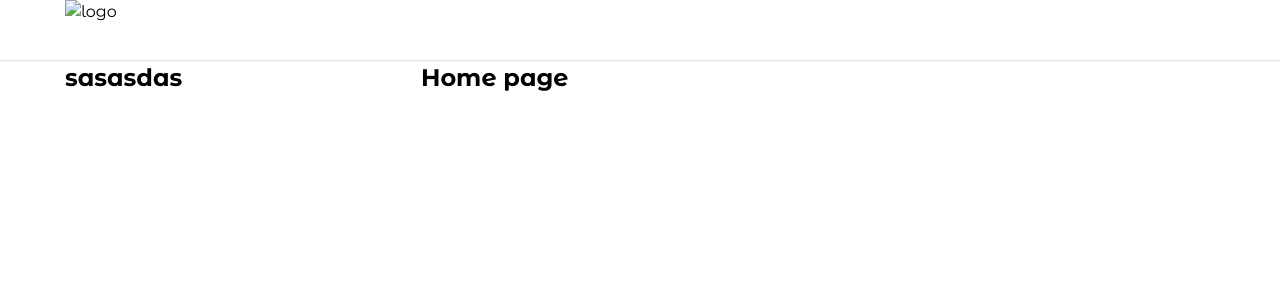
Repository: thinh909thinh/tiktok
Page: /
These files come from the project's save history. The page is drawn as it stood at one moment and after the next save; the edit follows.
The browser window is 1280 px wide. The pictures show the whole page.
The project was rebuilt for these pictures with package versions that can differ from the ones it lists, and the page was loaded fresh each time. Also part of the build but not shown: src/components/Layout/HeaderOnly/index.js, src/pages/Followwing/index.js, src/pages/Profile/index.js, src/pages/Upload/index.js, src/pages/Seach/index.js.

Above is the page before, as saved 2022-08-26 15:02:10.

### src/index.js
import React from 'react';
import ReactDOM from 'react-dom/client';
import App from '~/App';
import reportWebVitals from './reportWebVitals';
import GlobalStyles from '~/components/GlobalStyles';
const root = ReactDOM.createRoot(document.getElementById('root'));
root.render(
    <React.StrictMode>
        <GlobalStyles>
            <App />
        </GlobalStyles>
    </React.StrictMode>,
);

// If you want to start measuring performance in your app, pass a function
// to log results (for example: reportWebVitals(console.log))
// or send to an analytics endpoint. Learn more: https://bit.ly/CRA-vitals
reportWebVitals();

### src/App.js
import { BrowserRouter as Router, Route, Routes } from 'react-router-dom';
import { Fragment } from 'react';
import { publicRoutes } from '~/routes';
import { DefaultLayout } from '~/components/Layout';
function App() {
    return (
        <Router>
            <div className="App">
                <Routes>
                    {publicRoutes.map((route, index) => {
                        const Page = route.component;
                        let Layout = DefaultLayout;
                        if (route.layout) {
                            Layout = route.layout;
                        } else if (route.layout === null) {
                            Layout = Fragment;
                        }
                        return (
                            <Route
                                key={index}
                                path={route.path}
                                element={
                                    <Layout>
                                        <Page />
                                    </Layout>
                                }
                            />
                        );
                    })}
                </Routes>
            </div>
        </Router>
    );
}
export default App;

### src/routes/index.js
import { HeaderOnly } from '~/components/Layout';
// pages
import Home from '~/pages/Home';
import Following from '~/pages/Followwing';
import Profile from '~/pages/Profile';
import Upload from '~/pages/Upload';
import Seach from '~/pages/Seach';
// publicRoutes
const publicRoutes = [
    { path: '/', component: Home },
    { path: '/following', component: Following },
    { path: '/profile', component: Profile },
    { path: '/upload', component: Upload, layout: HeaderOnly },
    { path: '/seach', component: Seach, layout: null },
];
const privateRoutes = [];
export { publicRoutes, privateRoutes };

### src/components/GlobalStyles/GlobalStyles.scss
@import 'normalize.css';
@import url('https://fonts.googleapis.com/css2?family=Montserrat+Alternates:wght@300;400;500;600;700&family=Montserrat:ital,wght@1,900&display=swap');
:root {
    --primary: #fe2c55;
    // deaful layout
    --default-layout-header-hight: 60px;
    --default-layout-width-content: 1150px;
}
* {
    box-sizing: border-box;
    margin: 0;
    padding: 0;
}
html {
    font-size: 62.5%;
}
body {
    font-family: 'Montserrat', sans-serif;
    font-family: 'Montserrat Alternates', sans-serif;
    font-size: 1.6rem;
    line-height: 1.5;
    text-rendering: optimizeSpeed;
}

### src/components/Layout/DefaultLayout/index.js
import Header from '~/components/Layout/components/Header';
import styles from './DefaultLayout.module.scss';
import classNames from 'classnames/bind';
import Sidebar from './Sidebar';
const cx = classNames.bind(styles);
function DefaultLayout({ children }) {
    return (
        <div className={cx('wrapper')}>
            <Header />
            <div className={cx('container')}>
                <Sidebar />
                <div className={cx('content')}>{children}</div>
            </div>
        </div>
    );
}

export default DefaultLayout;

### src/components/Layout/components/Header/index.js
import styles from './Header.module.scss';
import classNames from 'classnames/bind';
import images from '~/asset/image';
const cx = classNames.bind(styles);
function Header() {
    return (
        <header className={cx('wrapper')}>
            <div className={cx('inner')}>
                <div className={cx('logo')}>
                    <img src={images.logo} alt="logo" />
                </div>
                <div className={cx('seach')}></div>
            </div>
        </header>
    );
}

export default Header;

### src/components/Layout/DefaultLayout/DefaultLayout.module.scss
.wrapper {
    display: flex;
    flex-direction: column;
    align-items: center;
}
.container {
    width: var(--default-layout-width-content);
    display: flex;
}
.content {
    flex: 1;
}

### src/components/Layout/DefaultLayout/Sidebar/index.js
import styles from './Sidebar.module.scss';
import classNames from 'classnames/bind';
const cx = classNames.bind(styles);
function Sidebar() {
    return (
        <aside className={cx('wrapper')}>
            <h2>sasasdas</h2>
        </aside>
    );
}

export default Sidebar;

### src/components/Layout/components/Header/Header.module.scss
.wrapper {
    height: var(--default-layout-header-hight);
    box-shadow: 0px 1px 1px rgb(0 0 0 / 12%);
    display: flex;
    justify-content: center;
    width: 100%;
}
.inner {
    height: 100%;
    width: var(--default-layout-width-content);
}

### src/asset/image/index.js
const images = {
    logo: require('~/asset/image/logo.svg').default,
};

export default images;

Loaded but not shown: public/index.html (common file); src/reportWebVitals.js (common file); src/components/GlobalStyles/index.js (common file); src/components/Layout/index.js (common file); src/pages/Home/index.js (common file); src/components/Layout/DefaultLayout/Sidebar/Sidebar.module.scss (common file)

After the next save:
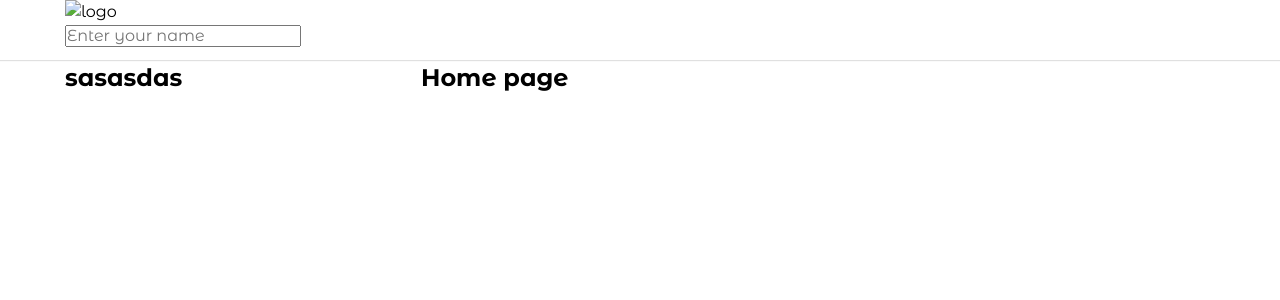
Saved 114 s later.
--- a/src/components/Layout/components/Header/index.js
+++ b/src/components/Layout/components/Header/index.js
@@ -9,7 +9,9 @@ function Header() {
                 <div className={cx('logo')}>
                     <img src={images.logo} alt="logo" />
                 </div>
-                <div className={cx('seach')}></div>
+                <div className={cx('seach')}>
+                    <input type="text" className={cx('input')} placeholder="Enter your name" spellCheck={false}></input>
+                </div>
             </div>
         </header>
     );
